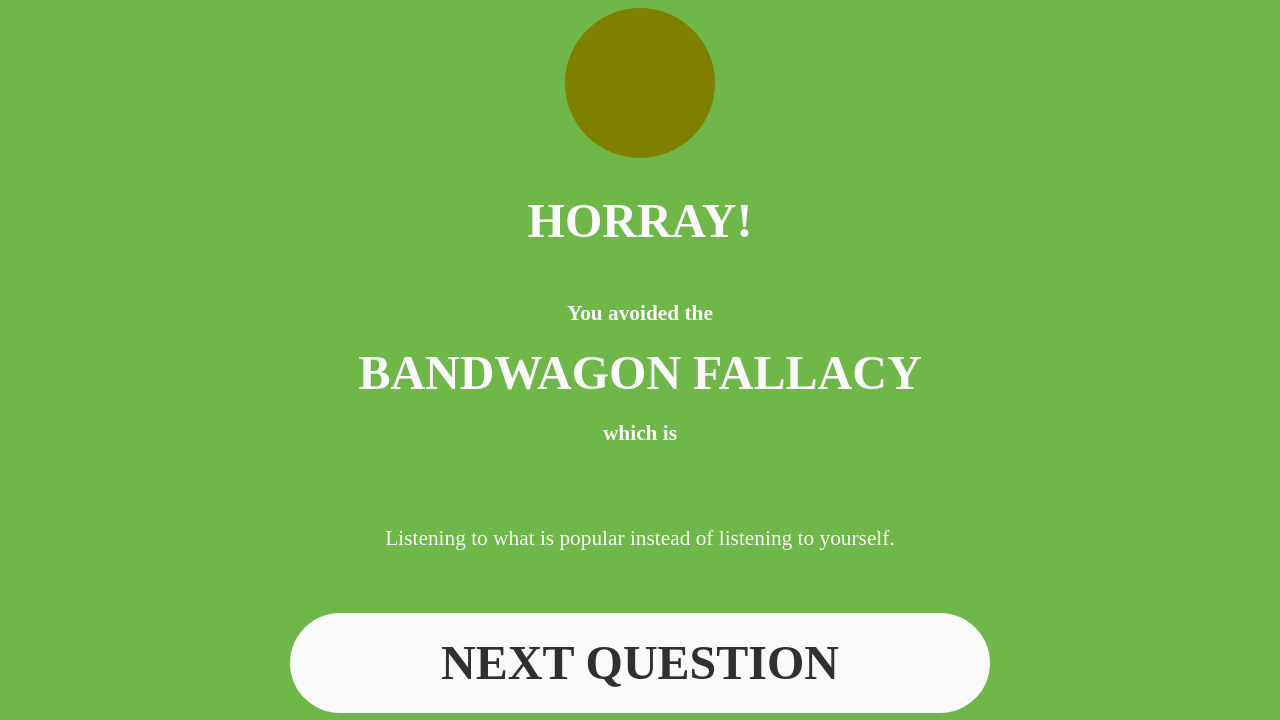
Repository: cindyvunguyen/fallacy
Page: index.html
These files come from the project's save history. The page is drawn as it stood at one moment and after the next save; the edit follows.
The browser window is 1280 px wide. The pictures show the whole page.
Some web fonts or font styles are not loaded; a fallback is used.

Above is the page before, as saved 2020-03-12 16:27:37.

### index.html
<!DOCTYPE html>
<html lang="en">
<head>
    <meta charset="UTF-8">
    <meta name="viewport" content="width=device-width, initial-scale=1.0">
    <title>FALLACIES</title>
    <link href="style.css" rel="stylesheet" type="text/css">
</head>
<body>
    <div id="app">

        <!-- CINDY START -->

        <div id="home-page"></div>

        <div id="lets-start-page"></div>

        <div id="question-page"></div>

        <!-- CINDY END -->

        <!-- SOPHIA START -->

        <div id="correct-page">
            <div id="correct-icon"></div>
            <div id="cp-text1">HORRAY!</div>
            <div id="cp-a-outcome">
                <div id="cp-text2">You avoided the</div>
                <div id="cp-fallacy">BANDWAGON FALLACY</div>
                <div id="cp-text2">which is</div>
            </div>
            <div id="cp-definition">Listening to what is popular instead of listening to yourself.</div>
            <button class="white-button">NEXT QUESTION</button>
        </div>

        <div id="incorrect-page"></div>

        <!-- the two above pages technically have the same HTML. so you can only have 1 div and change the CSS through JS. it's entirely up to you. -->

        <div id="results-page"></div>

        <div id="game-over-page"></div>

        <!-- the two above pages technically have the same HTML, so you can only have 1 div and change the CSS through JS. it's entirely up to you. -->

        <!-- SOPHIA END -->

        <!-- CHLOE START -->

        <div id="review-page"></div>

        <div id="review2-page"></div>

        <div id="fallacy-review-page"></div>

        <div id="three-fallacies-page"></div>
        <!-- change the page's content with JS to show all three fallacies when clicked -->

        <!-- CHLOE END -->
        <script src="js.js"></script>
    </div>
</body>
</html>

### style.css
body {
    margin: 0;
}

#app {
    width: 100vw;
    height: 100vh;
    font-family: Visby;
    background-color: #468091;
    color: #FAFAFA;
}

@font-face {
    font-family: Visby;
    src: url(fonts/VisbyRoundCF-Regular.otf) format("woff");
}

@font-face {
    font-family: Visby;
    src: url(fonts/VisbyRoundCF-ExtraBold.otf) format("woff");
    font-weight: bold;
}

.pink-button {
    height: 100px;
    width: 700px;
    background-color: #ed2265;
    border: 0px;
    border-radius: 75px;
    font-family: Visby;
    font-weight: bold;
    font-size: 36pt;
    color: #FAFAFA;
    outline: 0;
}

.pink-button:active {
    background-color: #9c1542;
}

.white-button {
    height: 100px;
    width: 700px;
    background-color: #FAFAFA;
    border: 0px;
    border-radius: 75px;
    font-family: Visby;
    font-weight: bold;
    font-size: 36pt;
    color: #303030;
    outline: 0;
}

.white-button:active {
    background-color: #9e9e9e;
}

.grey-button {
    height: 100px;
    width: 700px;
    background-color: #303030;
    border: 0px;
    border-radius: 75px;
    font-family: Visby;
    font-weight: bold;
    font-size: 36pt;
    color: #FAFAFA;
    outline: 0;
}

.grey-button:active {
    background-color: #000000;
}

/* CINDY START */

/* CINDY END */

/* SOPHIA START */
#correct-page {
    width: 100vw;
    height: 100vh;
    display: flex;
    /* display: none; */
    flex-direction: column;
    align-items: center;
    justify-content: center;
    background-color: #6eb748; /* incorrect, change to #860000*/
}

#correct-icon {
    background-color: olive;
    width: 150px;
    height: 150px;
    border-radius: 50%;
}

#cp-text1 {
    font-size: 36pt;
    font-weight: bold;
    padding: 35px 0;
}

#cp-text2 {
    font-size: 16pt;
    font-weight: bold;
}

#cp-fallacy {
    font-size: 36pt;
    font-weight: bold;
}

#cp-definition {
    font-size: 16pt;
    line-height: 150px;
}

#cp-a-outcome {
    line-height: 60px;
    display: flex;
    flex-direction: column;
    align-items: center;
    justify-content: center;
}

#incorrect-page {
    width: 100vw;
    height: 100vh;
    /* display: flex; */
    display: none;
    flex-direction: column;
    align-items: center;
    justify-content: center;
    background-color: #860000;
}

#incorrect-icon {
    background-color: olive;
    width: 150px;
    height: 150px;
    border-radius: 50%;
}

#ip-text1 {
    font-size: 36pt;
    font-weight: bold;
    padding: 50px 0;
}

#ip-text2 {
    font-size: 16pt;
    font-weight: bold;
}

#ip-fallacy {
    font-size: 36pt;
    font-weight: bold;
}

#ip-definition {
    font-size: 16pt;
    line-height: 150px;
}

#ip-a-outcome {
    line-height: 25px;
    display: flex;
    flex-direction: column;
    align-items: center;
    justify-content: center;
}

/* SOPHIA END */

/* CHLOE START */

/* CHLOE END */

Loaded but not shown: js.js (no copy from this time; the picture is the same without it)

After the next save:
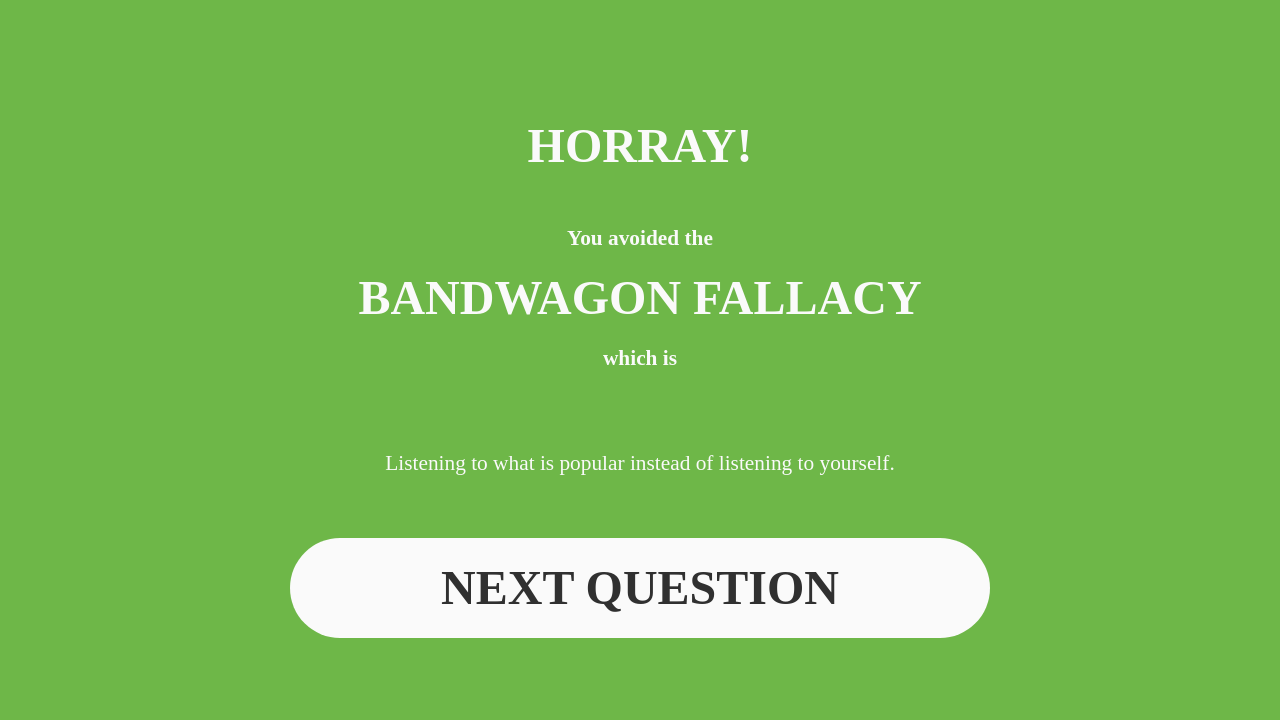
Saved 41 s later.
--- a/index.html
+++ b/index.html
@@ -22,7 +22,7 @@
         <!-- SOPHIA START -->
 
         <div id="correct-page">
-            <div id="correct-icon"></div>
+            <div id="icon"></div>
             <div id="cp-text1">HORRAY!</div>
             <div id="cp-a-outcome">
                 <div id="cp-text2">You avoided the</div>
@@ -33,7 +33,17 @@
             <button class="white-button">NEXT QUESTION</button>
         </div>
 
-        <div id="incorrect-page"></div>
+        <div id="incorrect-page">
+            <div id="icon"></div>
+            <div id="cp-text1">HORRAY!</div>
+            <div id="cp-a-outcome">
+                <div id="cp-text2">You avoided the</div>
+                <div id="cp-fallacy">BANDWAGON FALLACY</div>
+                <div id="cp-text2">which is</div>
+            </div>
+            <div id="cp-definition">Listening to what is popular instead of listening to yourself.</div>
+            <button class="white-button">NEXT QUESTION</button>
+        </div>
 
         <!-- the two above pages technically have the same HTML. so you can only have 1 div and change the CSS through JS. it's entirely up to you. -->
 

After the save that followed:
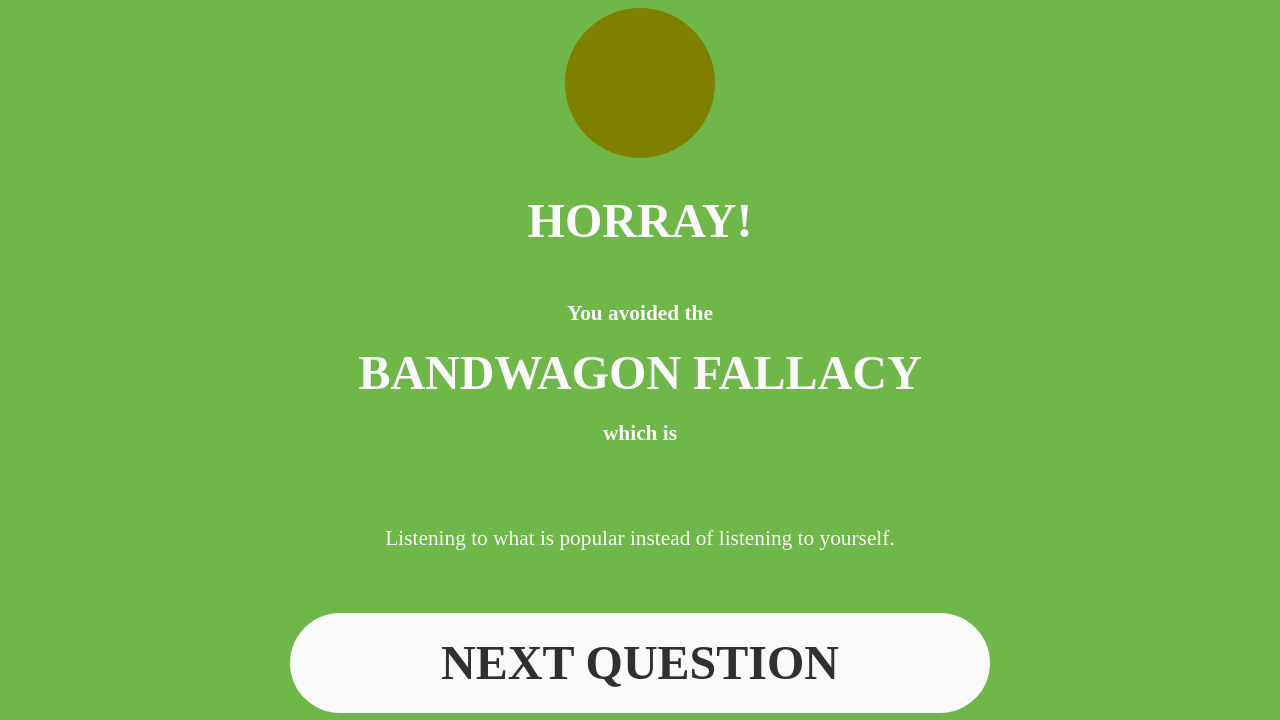
Saved 7 s later.
--- a/style.css
+++ b/style.css
@@ -88,7 +88,7 @@ body {
     background-color: #6eb748; /* incorrect, change to #860000*/
 }
 
-#correct-icon {
+#icon {
     background-color: olive;
     width: 150px;
     height: 150px;
